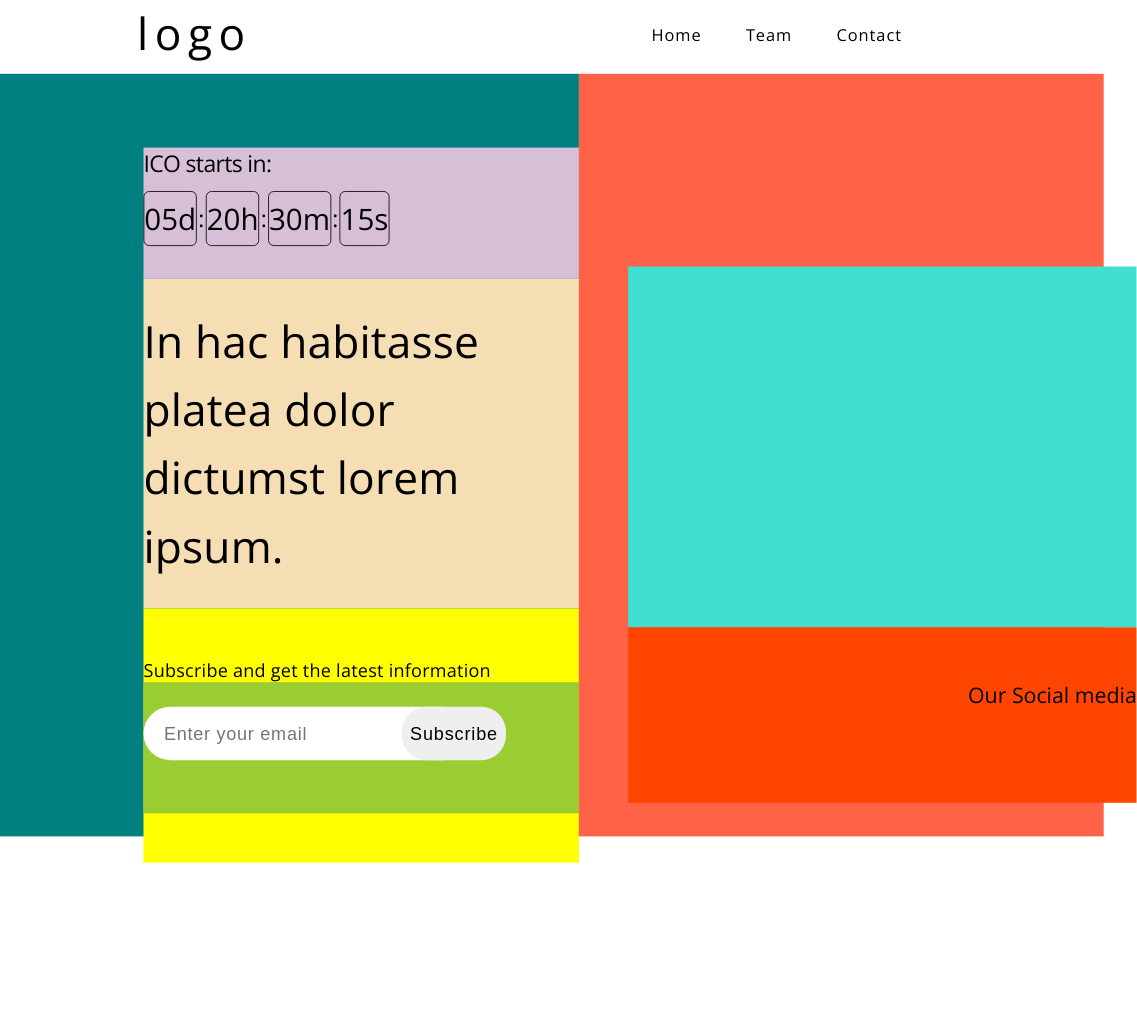
Repository: McGregorSt/newOne
Page: index.html
The author's editor kept a copy of each file at every save. The page is drawn from the files as they stood at one save, then again after a run of saves.
The browser window is 1280 px wide. The page is 1386 px wide, so the pictures cover 1386 px, including what lies to the right of the window. The pictures show the whole page, at 82% of full size.

Above is the page before, as saved 2019-12-13 19:15:50.

### index.html
<!DOCTYPE html>
<html lang="en">
<head>
  <meta charset="UTF-8">
  <meta name="viewport" content="width=device-width, initial-scale=1.0">
  <meta http-equiv="X-UA-Compatible" content="ie=edge">
  <link rel="stylesheet" href="css/style.css">
  <link href="https://fonts.googleapis.com/css?family=Open+Sans:300,300i,400,400i,600,600i,700,700i,800,800i&display=swap" rel="stylesheet">
  <title>Ethworks</title>
</head>
<body>
  <div class="container">
    <section class="header">
      <div class="logo">logo</div>
      <ul class="menu">
        <li class="menu__item">Home</li>
        <li class="menu__item">Team</li>
        <li class="menu__item">Contact</li>
      </ul>
    </section>
    <section class="main">
      <div class="subs">
        <div class="subs__timer">
          <span class="subs__timer__header">ICO starts in:</span>
          <div class="subs__timer__global">
            <div class="subs__timer__item">05d</div>
            <div class="subs__timer__item">:</div>
            <div class="subs__timer__item">20h</div>
            <div class="subs__timer__item">:</div>
            <div class="subs__timer__item">30m</div>
            <div class="subs__timer__item">:</div>
            <div class="subs__timer__item">15s</div>
          </div>
        </div>
        <div class="subs__article">In hac habitasse platea dolor dictumst lorem ipsum.</div>
        <div class="subs__email">
          <span class="subs__email__header">Subscribe and get the latest information</span>
          <div class="subs__email__content">
            <input type="email" class="subs__email__input" placeholder="Enter your email">
            <button type="submit" class="subs__email__button">Subscribe</button>
          </div>
        </div>
      </div>
      <div class="media">
        <div class="media__media">
          <div class="media__player"></div>
          <div class="media__social">
            <span class="media__social__header">Our Social media</span>
            <div class="media__social__items">
              <div class="media__social__tt"></div>
              <div class="media__social__fb"></div>
              <div class="media__social__md"></div>
              <div class="media__social__gh"></div>
              <div class="media__social__mail"></div>
            </div>
          </div>
        </div>
      </div>
    </section>
    <section class="team"></section>
    <section class="footer"></section>
  </div>
</body>
<script src="js/app.js">


</script>
</html>

### css/style.css
body {
  margin: 0;
  padding: 0;
  box-sizing: border-box;
  font-family: 'Open Sans', sans-serif;
  overflow-y: scroll;
}
/* section header */
.header {
  height: 95px;
  margin: auto;
  margin-top: -5px;
  display: flex;
  justify-content: space-between;
  align-items: center;
  padding: 0 180px;
}
.logo {
  margin-left: -13px;
  margin-top: -5px;
  font-size: 54px;
  letter-spacing: 8px;
}
.menu {
  list-style: none;
  display: flex;
  letter-spacing: 1.15px;
  /* font-weight: 300; */
  /* justify-content: space-between; */
  font-size: 20px;
}
.menu__item {
  padding: 0 0 0 54px;
}


/* section main */
.main {
  height: 930px;
  display: flex;
}
.subs {
  width: 50%;
  font-size: 28px;
  background-color: teal;
  display: flex;
  flex-direction: column;
  padding: 90px 0 60px 175px;
}
.subs__timer {
  background-color: thistle;
}
.subs__timer__header {
  letter-spacing: -0.8px;
}
.subs__timer__global {
  width: 56.4%;
  display: flex;
  justify-content: space-between;
  padding: 15px 0 40px 0 ;
}
.subs__timer__item {
  width: 88px;
  height: 65px;
  display: flex;
  justify-content: center;
  align-items: center;
}
.subs__timer__item:nth-child(2n+2) {

}
.subs__timer__item:nth-child(2n+1) {
  width: 40%;
  border: 1px solid #000;
  font-size: 36px;
  border-radius: 7px;
}
.subs__article {
  font-size: 54px;
  letter-spacing: 0.2px;
  line-height: 83px;
  padding: 35px 0;
  background-color: wheat;

}
.subs__email {
  background-color: yellow;
  display: flex;
  flex-direction: column;
  font-size: 22px;
  letter-spacing: 0.3px;
  padding: 60px 0;
}
.subs__email__content {
  background-color: yellowgreen;
  height: 100px;
  padding: 30px 0;
}
.subs__email__input {
  height: 63%;
  width: 70%;
  border-radius: 40px;
  font-size: 22px;
  padding-left: 25px;
  letter-spacing: 0.9px;
  outline: none;
  border: 0;
}
.subs__email__input::placeholder {
  /* padding-left: 25px; */
}
.subs__email__button {
  height: 65%;
  width: 24%;
  margin-left: -90px;
  font-size: 22px;
  letter-spacing: 1.05px;
  border: 0;
  border-radius: 30px;
}

.media {
  /* height: 80%; */
  width: 50%;
  background-color: tomato;
}
.media__media {
  height: 100%;
  /* display: flex;
  flex-direction: column; */
  /* justify-content: space-around; */
  padding: 235px 0 0 60px;
}
.media__player {
  width: 620px;
  height: 440px;
  background-color: turquoise;
}
.media__social {
  width: 620px;
  height: 23%;
  display: flex;
  flex-direction: column;
  align-items: flex-end;
  justify-content: center;
  font-size: 26px;
  background-color: orangered;
}
.media__social__items {
  width: 57%;
  display: flex;
  justify-content: space-between;
}
div.media__social__items > div {
  width: 50px;
  height: 50px;
  background-color: ;
}



/*
  section team
*/


/* section footer */

### js/app.js
let chi = document.querySelectorAll('.subs__timer__global:nth-child(2n+1)')
console.log(chi)

After the next 2 saves:
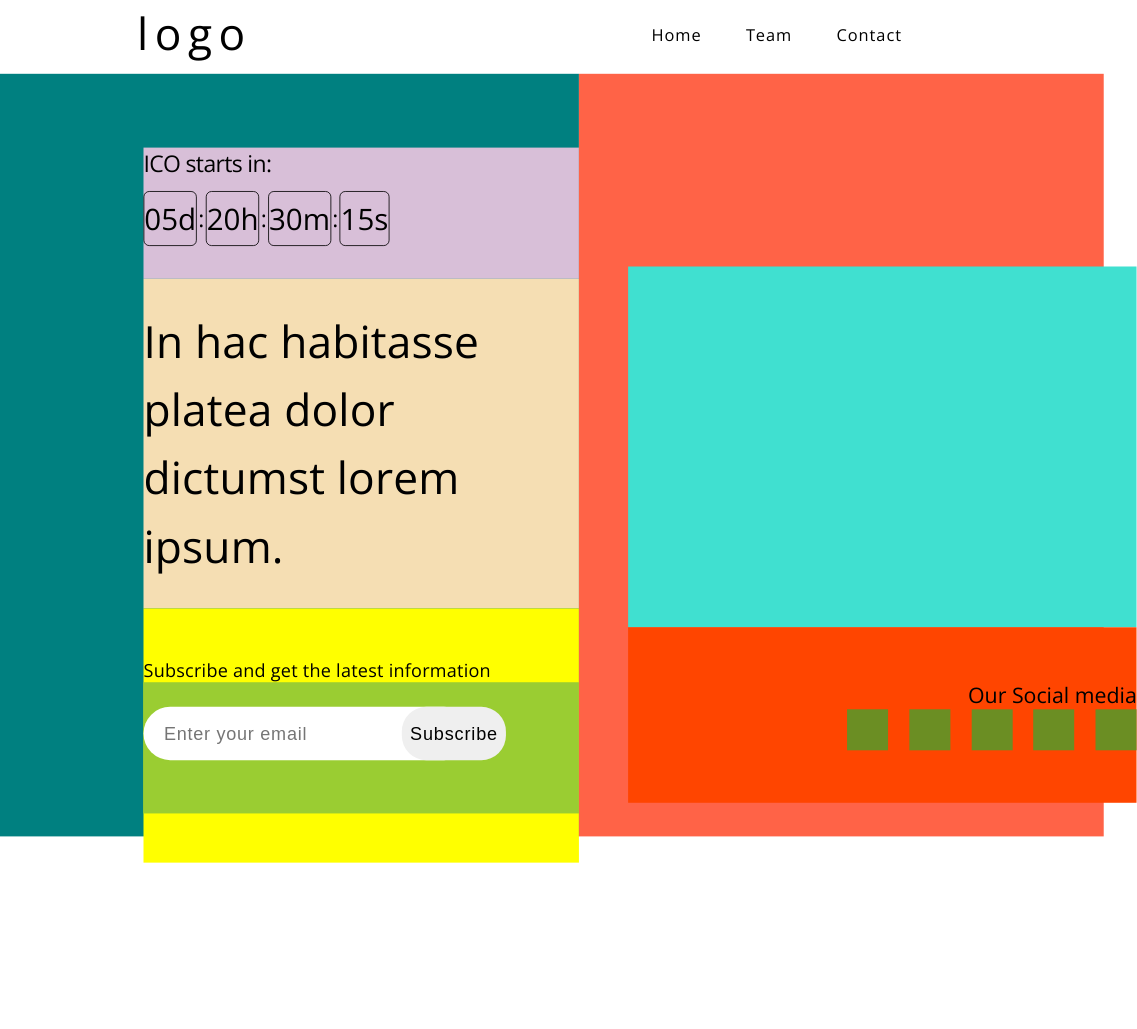
The 2 saves are shown as one change because they came seconds apart.
The last was saved 7 s later.
--- a/css/style.css
+++ b/css/style.css
@@ -154,7 +154,7 @@ body {
 div.media__social__items > div {
   width: 50px;
   height: 50px;
-  background-color: ;
+  background-color: olivedrab;
 }
 
 
